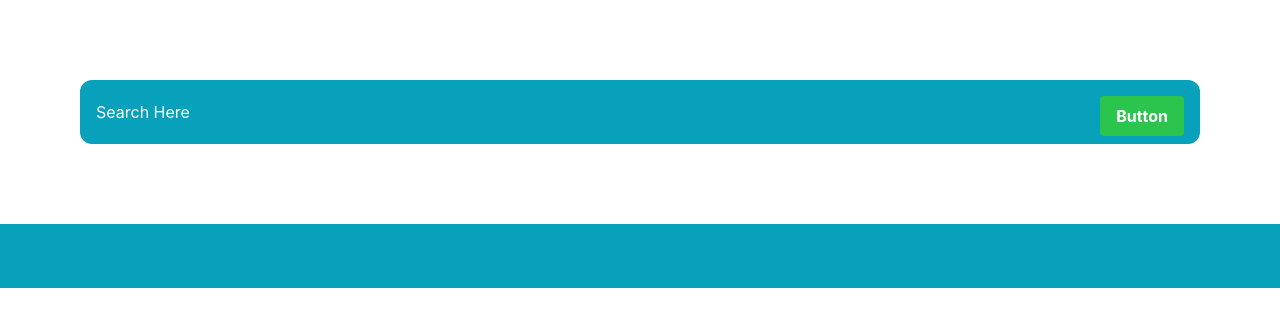
Repository: arafatmollah/pharma
Page: /
An editor plug-in stored every save of this project. The page is shown before and after the next save, followed by the edit.
The browser window is 1280 px wide. The pictures show the whole page.
The project was rebuilt for these pictures with package versions that can differ from the ones it lists, and the page was loaded fresh each time.

Above is the page before, as saved 2023-03-12 01:11:46.

After the next save:
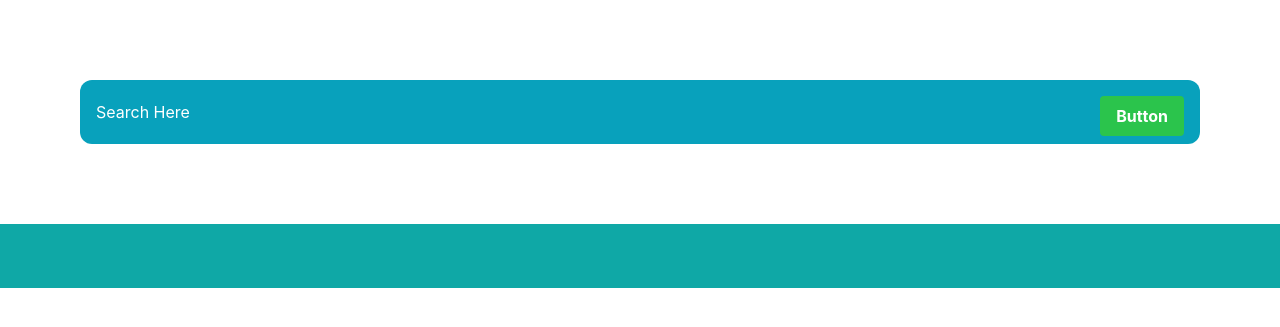
Saved 15 s later.
--- a/src/App.css
+++ b/src/App.css
@@ -13,5 +13,5 @@
     @apply bg-blue-700;
   }
 .nav{
-    background-color: ;
+    background-color: #0FA8A6;
 }
